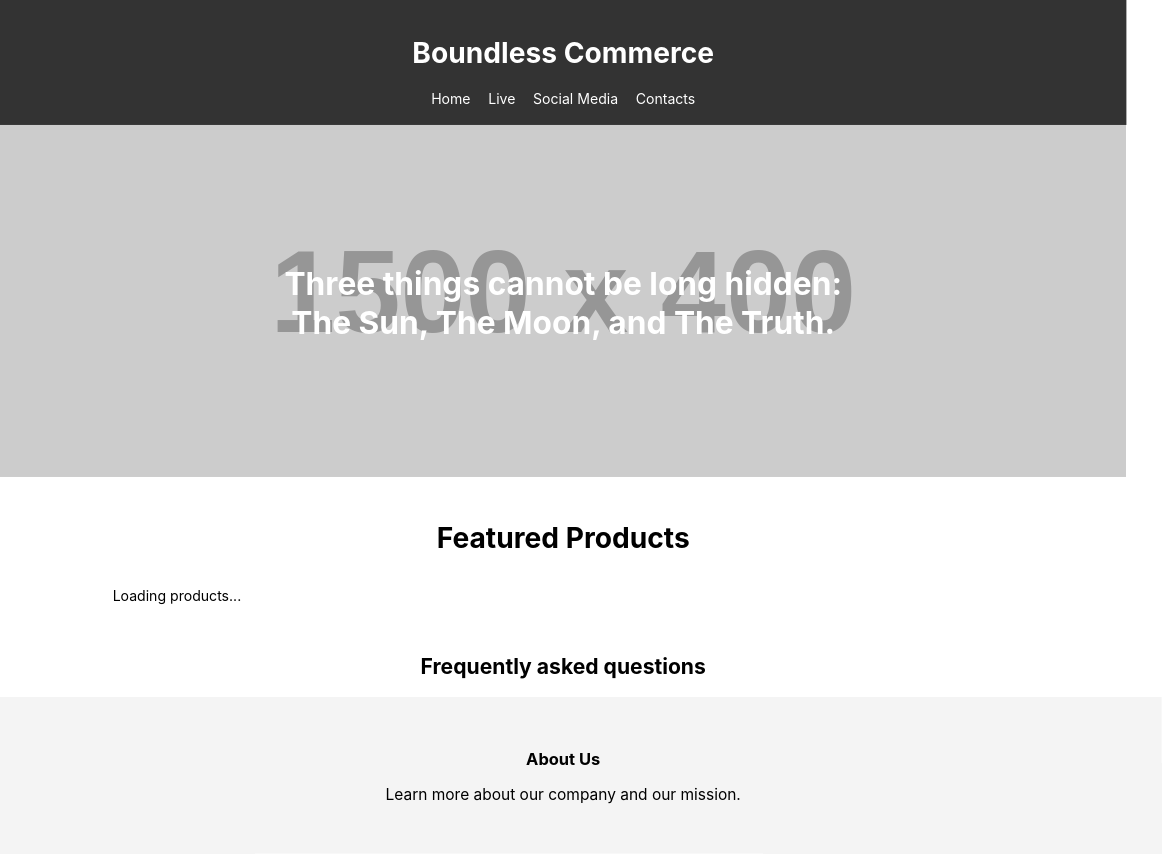
Repository: Nn-Exe/chunar-ecommerce
Page: / (app in ecommerce-frontend/)
These files come from the project's save history. The page is drawn as it stood at one moment and after the next save; the edit follows.
The browser window is 1280 px wide. The page is 1320 px wide, so the pictures cover 1320 px, including what lies to the right of the window. The pictures show the whole page, at 88% of full size.
The page's requests for data from a server got no answer. The project was rebuilt for these pictures with package versions that can differ from the ones it lists, and the page was loaded fresh each time. No one was signed in, and anything a server would have sent is missing.

Above is the page before, as saved 2024-09-11 13:25:45.

### ecommerce-frontend/src/App.js
import React, { useState, useEffect } from 'react';
import './App.css';
import { BrowserRouter as Router, Route, Routes } from 'react-router-dom';  // Importing React Router
import Navbar from './components/Navbar';  // Correct way to import default export
import HeroSection from './components/HeroSection';  // Correct way to import default export
import ProductList from './components/ProductList';  // Correct way to import default export

// Home page component (the default view)
function Home({ products }) {
  return (
    <div className="home-page">
      {/* Hero Section */}
      <div className="hero-container">
        <HeroSection />
      </div>

      {/* Featured Products Section */}
      <section className="products-section">
        <div className="section-header">
          <h2>Featured Products</h2>
        </div>

        <div className="product-grid">
          <ProductList products={products} />
        </div>
      </section>

      <br></br>

      <div>
        <h2>Frequently asked questions</h2>
      </div>

      {/* Add more sections here */}
      <section className="about-section">
        <div className="about-content">
          <h3>About Us</h3>
          <p>Learn more about our company and our mission.</p>
        </div>
      </section>
    </div>
  );
}


// Other page components
function Live() {
  return <h2>Live Page</h2>;
}

function Contacts() {
  return <h2>Contacts Page</h2>;
}

function SocialMedia() {
  // External link can be opened using an anchor tag, so no need for a separate page.
  window.location.href = "https://linktr.ee/chunar.co";  // Redirect to external social media page
  return null;
}

function App() {
  const [products, setProducts] = useState([]);

  useEffect(() => {
    fetch('http://localhost:5000/api/products')
      .then((response) => response.json())
      .then((data) => setProducts(data))
      .catch((error) => console.error('Error fetching products:', error));
  }, []);

  return (
    <Router>
      <div className="App">
        <header className="App-header">
          <h1>Boundless Commerce</h1>
          <Navbar />
        </header>

        <Routes>
          {/* Home page route */}
          <Route path="/" element={<Home products={products} />} />

          {/* Other pages */}
          <Route path="/live" element={<Live />} />
          <Route path="/contacts" element={<Contacts />} />

          {/* Redirect to external social media link */}
          <Route path="/social-media" element={<SocialMedia />} />
        </Routes>
      </div>
    </Router>
  );
}

export default App;

### ecommerce-frontend/src/App.css
/* ------------- Main Structure ------------ */

.App-header {
  background-color: #333;
  color: white;
  padding: 20px;
  text-align: center;
}

nav ul {
  list-style-type: none;
  padding: 0;
  margin: 0;
  display: flex;
  justify-content: center;
  gap: 20px;
}

nav ul li a {
  color: white;
  text-decoration: none;
  font-size: 16px;
}

.hero {
  position: relative;
  text-align: center;
}

.hero-banner {
  width: 100%;
  height: 400px;
  object-fit: cover;
}

.hero-text {
  position: absolute;
  top: 50%;
  left: 50%;
  transform: translate(-50%, -50%);
  color: white;
  font-size: 24px;
  font-weight: bold;
}

.products {
  padding: 40px;
  text-align: center;
}

.product-list {
  display: grid;
  grid-template-columns: repeat(5, 1fr);
  gap: 20px;
}

.product-card {
  border: 1px solid #ddd;
  padding: 20px;
  text-align: center;
  transition: transform 0.3s;
}

.product-card img {
  max-width: 100%;
  height: auto;
  margin-bottom: 10px;
}

.product-card:hover {
  transform: scale(1.05);
}


.product-card img {
  width: 200px;
  height: 200px;
  object-fit: cover;   /* Ensures the image covers the given area */
  border-radius: 10px; /* Optional: adds rounded corners */
}



/* ----------- Home Div -------------- */

/* App.css */

.home-page {
  display: flex;
  flex-direction: column;
  align-items: center;
}

/* Hero Section */
.hero-container {
  width: 100%;
  margin-bottom: 20px;
}

/* Products Section */
.products-section {
  width: 80%;
  margin: 0 auto;
}

.section-header h2 {
  text-align: center;
  font-size: 2rem;
  margin-bottom: 20px;
}

/* Product Grid
.product-grid {
  display: grid;
  grid-template-columns: repeat(3, 1fr);
  gap: 20px;
}

.product-card {
  border: 1px solid #ddd;
  padding: 20px;
  text-align: center;
} */

/* About Section */
.about-section {
  background-color: #f4f4f4;
  padding: 40px;
  width: 100%;
  text-align: center;
}

.about-section h3 {
  margin-bottom: 10px;
}

.about-section p {
  font-size: 1.1rem;
}


/* ----------- FAQ Section ---------------- */

.faq-section {
  max-width: 600px;
  margin: 0 auto;
}

.faq-item {
  border: 1px solid #ddd;
  margin-bottom: 10px;
  border-radius: 5px;
}

.faq-question {
  padding: 15px;
  background-color: #f9f9f9;
  cursor: pointer;
  display: flex;
  justify-content: space-between;
  align-items: center;
}

.faq-answer {
  padding: 15px;
  display: none;
  border-top: 1px solid #ddd;
  background-color: #fff;
}

.faq-item.active .faq-answer {
  display: block;
}

.faq-item.active .icon {
  content: "-";
}

.icon {
  font-size: 20px;
  font-weight: bold;
  transition: transform 0.3s ease;
}

.faq-item.active .icon {
  transform: rotate(45deg);
}

### ecommerce-frontend/src/components/Navbar.js
import React from 'react';
import { Link } from 'react-router-dom';

function Navbar() {
  return (
    <nav>
      <ul>
        <li><Link to="/">Home</Link></li>  {/* Links to the home page */}
        <li><Link to="/live">Live</Link></li>  {/* Links to the live page */}
        <li><a href="https://linktr.ee/chunar.co" target="_blank" rel="noopener noreferrer">Social Media</a></li> {/* Opens external link in new tab */}
        <li><Link to="/contacts">Contacts</Link></li>  {/* Links to the contacts page */}
      </ul>
    </nav>
  );
}

export default Navbar;

### ecommerce-frontend/src/components/HeroSection.js
import React from 'react';

function HeroSection() {
  return (
    <section className="hero">
      <img src="https://via.placeholder.com/1500x400" alt="Banner" className="hero-banner" />
      <div className="hero-text">
        <h2>Three things cannot be long hidden: The Sun, The Moon, and The Truth.</h2>
      </div>
    </section>
  );
}

export default HeroSection;  // Ensure you have this line

### ecommerce-frontend/src/components/ProductList.js
import React from 'react';

function ProductList({ products }) {
  return (
    <div className="product-list">
      {products.length === 0 ? (
        <p>Loading products...</p>
      ) : (
        products.map((product) => (
          <div key={product.id} className="product-card">
              <img
                src={product.image}
                alt={product.name}
                className="product-image"
              />
            <h3>{product.name}</h3>
            <p>{product.description}</p>
            <p>${product.price}</p>
          </div>
        ))
      )}
    </div>
  );
}

export default ProductList;

Loaded but not shown: ecommerce-frontend/public/index.html (common file); ecommerce-frontend/src/index.js (common file); ecommerce-frontend/src/index.css (common file); ecommerce-frontend/src/reportWebVitals.js (common file)

After the next save:
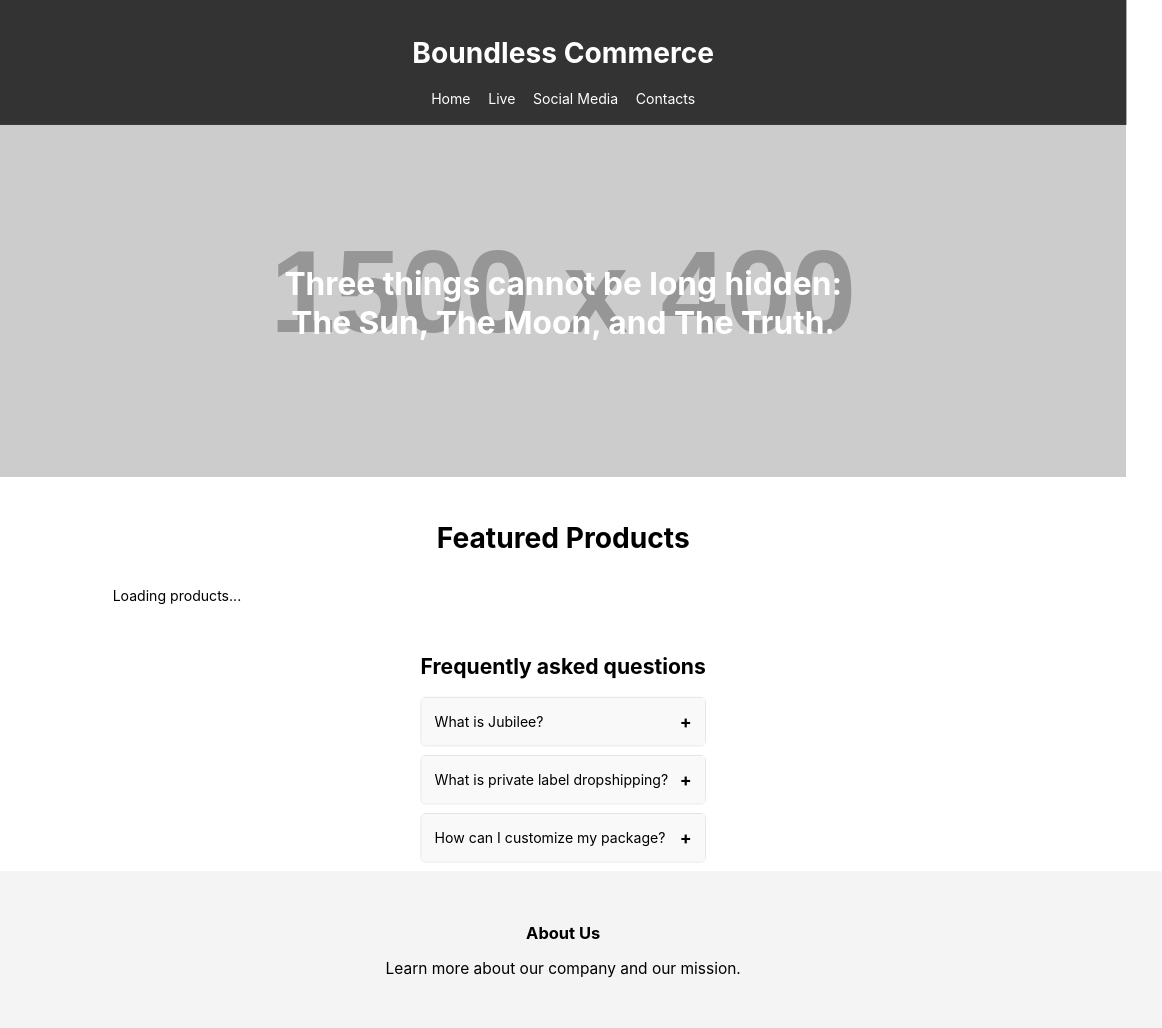
Saved 2 min 5 s later.
--- a/ecommerce-frontend/src/App.js
+++ b/ecommerce-frontend/src/App.js
@@ -4,6 +4,57 @@ import { BrowserRouter as Router, Route, Routes } from 'react-router-dom';  // I
 import Navbar from './components/Navbar';  // Correct way to import default export
 import HeroSection from './components/HeroSection';  // Correct way to import default export
 import ProductList from './components/ProductList';  // Correct way to import default export
+
+// FAQ Component
+function Faq() {
+  const [activeIndex, setActiveIndex] = useState(null);
+
+  const toggleFaq = (index) => {
+    setActiveIndex(activeIndex === index ? null : index);
+  };
+
+  return (
+    <div className="faq-section">
+      <h2>Frequently asked questions</h2>
+
+      <div className="faq-item">
+        <div className="faq-question" onClick={() => toggleFaq(0)}>
+          <span>What is Jubilee?</span>
+          <span className="icon">{activeIndex === 0 ? '-' : '+'}</span>
+        </div>
+        {activeIndex === 0 && (
+          <div className="faq-answer">
+            <p>Jubilee is a dropshipping marketplace that lets you build your own cosmetic and skincare line with minimal upfront costs. You can find high-quality beauty products with customizable attributes like logos and branded invoicing.</p>
+          </div>
+        )}
+      </div>
+
+      <div className="faq-item">
+        <div className="faq-question" onClick={() => toggleFaq(1)}>
+          <span>What is private label dropshipping?</span>
+          <span className="icon">{activeIndex === 1 ? '-' : '+'}</span>
+        </div>
+        {activeIndex === 1 && (
+          <div className="faq-answer">
+            <p>Private label dropshipping allows you to sell products from suppliers with your own branding. It’s a great way to promote your brand with minimal effort.</p>
+          </div>
+        )}
+      </div>
+
+      <div className="faq-item">
+        <div className="faq-question" onClick={() => toggleFaq(2)}>
+          <span>How can I customize my package?</span>
+          <span className="icon">{activeIndex === 2 ? '-' : '+'}</span>
+        </div>
+        {activeIndex === 2 && (
+          <div className="faq-answer">
+            <p>Private labeling is a great way to showcase your brand! As a retailer, you have the power to control how the packaging of the products will look that will be directly delivered to your customers.</p>
+          </div>
+        )}
+      </div>
+    </div>
+  );
+}
 
 // Home page component (the default view)
 function Home({ products }) {
@@ -25,11 +76,10 @@ function Home({ products }) {
         </div>
       </section>
 
-      <br></br>
+      <br />
 
-      <div>
-        <h2>Frequently asked questions</h2>
-      </div>
+      {/* FAQ Section */}
+      <Faq />
 
       {/* Add more sections here */}
       <section className="about-section">
@@ -41,7 +91,6 @@ function Home({ products }) {
     </div>
   );
 }
-
 
 // Other page components
 function Live() {
